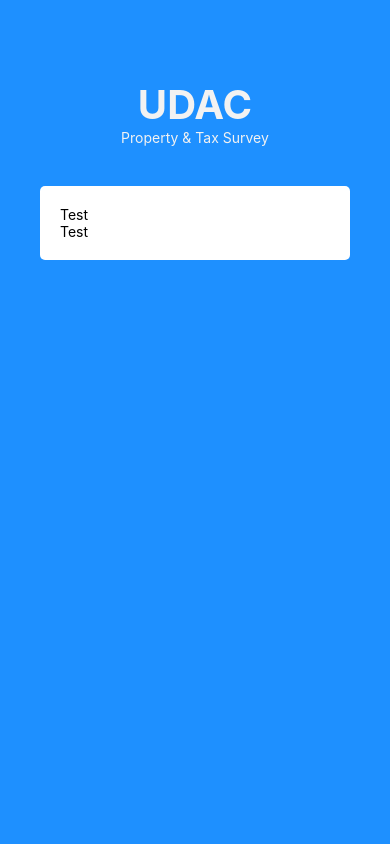
Repository: metalysm/BasicLoginPage
Screen: /
The author's editor kept a copy of each file at every save. The screen is drawn from the files as they stood at one save, then again after the next save.
The app was drawn by React Native's web renderer in a window 390 px wide. The project was rebuilt for these pictures with package versions that can differ from the ones it lists, and the page was loaded fresh each time.

Above is the screen before, as saved 2019-12-05 11:49:22.

After the next save:
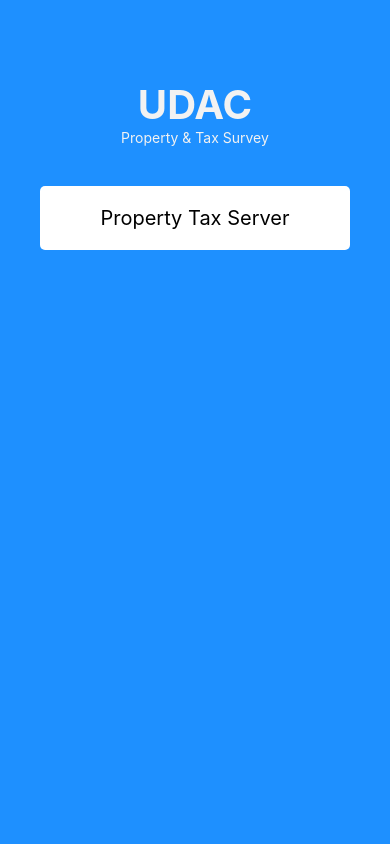
Saved 68 s later.
--- a/src/pages/Login.js
+++ b/src/pages/Login.js
@@ -16,8 +16,7 @@ export default class Login extends Component {
                     <Text style={styles.logoDescription}>Property & Tax Survey</Text>
                 </View>
                 <View style={styles.loginArea}>
-                    <Text>Test</Text>
-                    <Text>Test</Text>
+                    <Text style={styles.loginAreaTitle}>Property Tax Server</Text>
                 </View>
             </View>
         );
@@ -68,5 +67,9 @@ const styles = StyleSheet.create({
         }*/
 
         elevation: 4
+    },
+    loginAreaTitle:{
+        fontSize:20,
+        textAlign: 'center'
     }
 });
